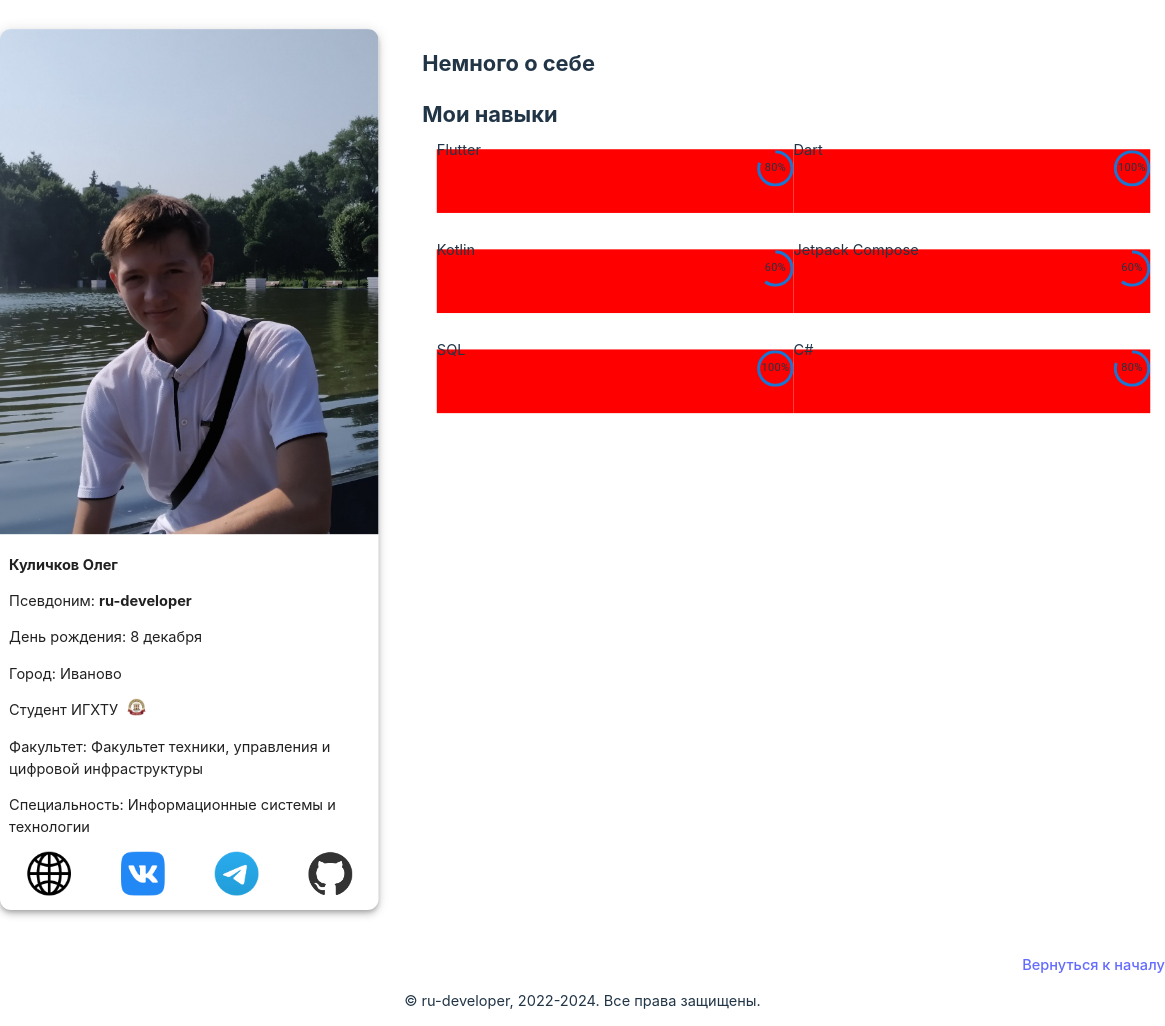
Repository: HubOl01/my_profile
Page: /
An editor plug-in stored every save of this project. The page is shown before and after the next save, followed by the edit.
The browser window is 1280 px wide. The pictures show the whole page, at 91% of full size.
The project was rebuilt for these pictures with package versions that can differ from the ones it lists, and the page was loaded fresh each time. Also part of the build but not shown: vite.config.ts, src/components/header/Header.module.scss, src/data/websites.ts.

Above is the page before, as saved 2024-03-09 11:01:19.

### src/App.tsx
import { Grid } from '@mui/material'
import './App.css'
import Common from './components/center/Common'
import Footer from './components/footer/Footer'
import Header from './components/header/Header'
import LeftBar from './components/left/LeftBar'
import style from './App.module.scss'

function App() {

  return (
    <>
      <Header />
      <Grid container spacing={2}>
        <Grid className={style.profile} item xs={4}>
          <LeftBar />
        </Grid>
        <Grid item xs>
          <Common />
        </Grid>
      </Grid>
      <Footer />
    </>
  )
}

export default App

### src/App.css
#root {
  max-width: 1280px;
  margin: 0 auto;
  /* padding: 2rem; */
  /* text-align: center; */
}
.logo:hover {
  filter: drop-shadow(0 0 2em #646cffaa);
}
.logo.react:hover {
  filter: drop-shadow(0 0 2em #61dafbaa);
}

@keyframes logo-spin {
  from {
    transform: rotate(0deg);
  }
  to {
    transform: rotate(360deg);
  }
}

@media (prefers-reduced-motion: no-preference) {
  a:nth-of-type(2) .logo {
    animation: logo-spin infinite 20s linear;
  }
}

/* .card {
  padding: 2em;
} */

.read-the-docs {
  color: #888;
}


/* .profile{
  min-width: 100%;
} */

### src/components/center/Common.tsx
import React from 'react'
import styles from './styles.module.scss'
import { Box, Grid } from '@mui/material'
import { CircularProgressWithLabel } from '../atoms/circularProgressWithLabel'
import { my_skills } from '../../data/my_skills'

export default function Common() {
  return (
    <div className={styles.center_common}>
      <h2>Немного о себе</h2>
      <p>

      </p>
      <h2>
        Мои навыки
      </h2>
      <Grid container margin={2} rowGap={5}>
        {
          my_skills.map((skill) =>
            <Grid xs={6}>
              <Box sx={{
                // width: "100%",
                "textAlign": "right",
                background: "red",
              }}
              ><div style={{
                // display: "inline-block",
                whiteSpace: "nowrap",
                "textAlign": "left",
                transform: "translateY(-50%)",
              }}>
                  {skill.name}

                </div>
                <div style={{
                  whiteSpace: "nowrap",
                  // display: "inline-block",
                  "textAlign": "right",
                  transform: "translateY(-50%)",
                }}>
                  <CircularProgressWithLabel value={skill.progress * 100} />

                </div>


              </Box>
            </Grid>
          )
        }
        {/*
        <Grid xs={6} ><CircularProgressWithLabel value={my_skills[0].progress}/></Grid> */}
        {/* <Grid xs={6} ><CircularProgressWithLabel value={}/><</Grid>
        <Grid xs={6} ><CircularProgressWithLabel value={}/><</Grid>
        <Grid xs={6} ><CircularProgressWithLabel value={}/><</Grid>
        <Grid xs={6} ><CircularProgressWithLabel value={}/><</Grid>
        <Grid xs={6} ><CircularProgressWithLabel value={}/><</Grid> */}
      </Grid>
      {/* <h2>Хобби</h2>
      <p>
        Я люблю изучать что-то новое. Я программирую на языке программирования
        C# и продолжаю осваивать язык в некоторых направлениях. (Например:
        создание мобильных приложений Xamarin и создание игр Unity)
      </p>
      <h2>Спорт</h2>
      <p>
        Я более 10 лет занимаюсь конькобежным спортом. В 16 лет выполнил
        спортивный разряд кандидат в мастера спорта. Кроме этого, с начала 1
        курса я начал заниматься легкой атлетикой. Принимаю участие в
        соревнованиях в составе сборной ИГХТУ.
      </p> */}
    </div>
  )
}

### src/components/footer/Footer.tsx
import React from 'react'

export default function Footer() {
  return (
    // <footer className="text-muted" style={{
    //   "width":"100%"
    // }}>
      <div className="container">
        <p className="float-right" style={{
      "textAlign": "right"
    }}>
          <a href="#">Вернуться к началу</a>
        </p>
        <p className="footer-text"
        style={{
          "textAlign": "center"
        }}
        >© ru-developer, 2022-{(new Date()).getFullYear()}. Все права защищены.</p>
      </div>
    // </footer>
  )
}

### src/components/header/Header.tsx
import './Header.module.scss'

export default function Header() {
  return (
      <div>
        {/* <h1>About myself</h1> */}
      </div>
  )
}

### src/components/left/LeftBar.tsx
import { Card, Grid } from '@mui/material';
import about from '../../assets/images/About.jpg';
import isuct from '../../assets/images/isuct.png';
import { websites } from '../../data/websites';
import { nickname } from '../../data/my_projects';
import style from './style.module.scss';

const list_web = websites.map((web) =>
  <Grid item xs>
    <div className="web">
      <a
        href={web.href}
        title={web.title}
      >
        <img
          className={style.img_icon}
          alt={web.alt}
          src={web.src}
          width={40}
        />
      </a>
    </div>
  </Grid>
)


const LeftBar = () => {
  return (
    <>
      <Card elevation={5}
      className={style.leftCard}
        sx={{
          borderRadius: 3,
        }} >
        <a title="Куличков Олег" href="https://vk.com/oleg01f">
          <img
            alt="about"
            src={about}
            style={{
              // borderRadius: '15px',
              display: 'flex',
              width: "100%",
            }}
            data-holder-rendered="true"
          />
        </a>
        <div style={{ padding: "5px 10px 10px 10px" }}> {/* top, right, bottom, left */}
          <div>
            <p>
              <b>Куличков Олег</b>
            </p>
            <p>
              Псевдоним: <b>{nickname}</b>
            </p>
            <p>
              <span >День рождения:</span> 8 декабря
            </p>
            <p>
              <span className="text-format">Город:</span> Иваново
            </p>
            <p>
              Студент ИГХТУ
              <img
                className="isuct"
                alt="ISUCT"
                src={isuct}
                width={20}
                style={{ "marginLeft": "10px" }}
              // data-holder-rendered="true"
              />
            </p>
            <p>
              <span className="text-format">Факультет:</span> Факультет техники,
              управления и цифровой инфраструктуры
            </p>
            <p>
              <span className="text-format">Специальность:</span> Информационные
              системы и технологии
            </p>
            {/* <p style={{
              "textAlign": "center",
              "justifyContent": "center",
              display: 'flex',
              width: "100%",

          }}>
            <span className="text-format">Социальные сети</span>
          </p> */}

            <Grid container spacing={2}

              sx={{
                'textAlign': "center",
                // display: 'flex',
                // width: "100%",
              }
              }>
              {list_web}
            </Grid>

          </div>
        </div>


      </Card>
    </>
  )
}

export default LeftBar

### src/App.module.scss
@media (max-width: 425px) {
    .profile{
      min-width: 100%;
    }
  }
  @media screen and (min-width: 426px) {
    .profile{
      min-width: 300px;
    }
  }

### src/components/center/styles.module.scss
.center_common{
    padding: 2rem;
}

### src/components/atoms/circularProgressWithLabel.tsx
import * as React from 'react';
import CircularProgress, {
  CircularProgressProps,
} from '@mui/material/CircularProgress';
import Typography from '@mui/material/Typography';
import Box from '@mui/material/Box';

export function CircularProgressWithLabel(
  props: CircularProgressProps & { value: number },
) {
  return (
    <Box sx={{ position: 'relative', display: 'inline-flex' }}>
      <CircularProgress variant="determinate" {...props} />
      <Box
        sx={{
          top: 0,
          left: 0,
          bottom: 0,
          right: 0,
          position: 'absolute',
          display: 'flex',
          alignItems: 'center',
          justifyContent: 'center',
        }}
      >
        <Typography
          variant="caption"
          component="div"
          // color="text.secondary"
        >{`${Math.round(props.value)}%`}</Typography>
      </Box>
    </Box>
  );
}

// export default function CircularWithValueLabel() {
//   const [progress, setProgress] = React.useState(10);

//   React.useEffect(() => {
//     const timer = setInterval(() => {
//       setProgress((prevProgress) => (prevProgress >= 100 ? 0 : prevProgress + 10));
//     }, 800);
//     return () => {
//       clearInterval(timer);
//     };
//   }, []);

//   return <CircularProgressWithLabel value={progress} />;
// }

### src/data/my_skills.ts
import { FullStack } from "./my_projects";

interface ISkill{
    name: string;
    progress: number;
}

export const my_skills: ISkill[] = [
    {
        name: FullStack.Flutter,
        progress: .80
    },
    {
        name: FullStack.Dart,
        progress: 1
    },
    {
        name: FullStack.Kotlin,
        progress: .6
    },
    {
        name: FullStack.Jetpack_Compose,
        progress: .6
    },
    {
        name: FullStack.SQL,
        progress: 1
    },
    {
        name: FullStack.C_sharp,
        progress: .8
    }
]

### src/data/my_projects.ts
export interface IProjects {
  title: string;
  description: string[];
  url_icon: string;
  url_images: string[];
  url_stores: string[];
  url_sources: string[];
  creator: string;
  fullStack: string[];
  platforms: string[];
  color: string;
}
export const nickname = "ru-developer";
export enum Platforms {
  Android = "Android",
  IOS = "IOS",
  Windows = "Windows",
  Linux = "Linux",
  Web = "Web",
}
// enum Colors {
//   Red = "",
//   White = "",
//   Black = "",
//   Green = "",
// }
export enum FullStack {
  Flutter = "Flutter",
  Dart = "Dart",
  Kotlin = "Kotlin",
  Jetpack_Compose = "Jetpack Compose",
  Winforms = "Winforms",
  C_sharp = "C#",
  React = "React",
  Typescript = "Typescript",
  Retrofit = "Retrofit",
  PHP = "PHP",
  SQLite = "SQLite",
  SQL = "SQL",
  MySQL = "MySQL",
  PostgreSQL = "PostgreSQL",
  Git = "Git",
  HTML = "HTML",
  CSS = "CSS",
  SCSS = "SCSS",
  Vite = "Vite",
}

export const projects: IProjects[] = [
  {
    title: "My Songbook",
    description: [
      "My Songbook – это творческая мастерская в вашем кармане. Независимо от того, являетесь ли вы гитаристом, певцом, композитором или просто энтузиастом музыки, это приложение поможет вам воплотить ваши музыкальные идеи в жизнь.",
      "\n",
      "Основные возможности:",
      "\n",
      "- Записывайте и редактируйте песни: Создавайте музыку в любое время, в любом месте. Записывайте мелодии, добавляйте тексты и настраивайте аранжировки – все это в вашем распоряжении.",
      "- Справочник аккордов для гитары: Независимо от вашего уровня мастерства, наше приложение предлагает обширный справочник аккордов для гитары. Найдите нужный аккорд и создайте свой собственный уникальный звук.",
      "- Автоскролл и легкая навигация: Никогда больше не теряйтесь в тексте. Функция автоскролла позволяет вам сконцентрироваться на музыке, а не на прокрутке текста.",
      "- Делитесь своей музыкой: Поделитесь своими произведениями с миром через социальные сети непосредственно из приложения. Позвольте всем услышать вашу творческую энергию.",
      "- Аудиофайлы с песнями: Сохраняйте свои композиции в виде аудиофайлов. Прослушивайте их в любое время или отправляйте друзьям и коллегам.",
      "\n",
      "Почему выбрать My Songbook?",
      "\n",
      "- Простота и удобство: Даже если вы начинающий музыкант, вы сможете создавать профессиональные композиции с легкостью.",
      "- Безопасное хранение ваших произведений: Ваши записи остаются конфиденциальными. Спокойно работайте над своими идеями, зная, что они в безопасности.",
      "\n",
      "Неважно, вы начинающий музыкант или профессионал, My Songbook поможет вам создать и поделиться музыкой, которая касается сердец. Начните свое музыкальное путешествие сегодня!",
    ],
    url_icon: "",
    url_images: [],
    url_stores: [
      "https://apps.rustore.ru/app/ru.ru_developer.my_songbook",
      "https://appgallery.huawei.com/app/C109087129",
      "https://global.app.mi.com/details?lo=RU&la=en_US&id=ru.ru_developer.my_songbook.mi",
    ],
    url_sources: ["https://github.com/HubOl01/my_songbook"],
    creator: nickname,
    fullStack: [FullStack.Flutter, FullStack.Dart],
    platforms: [Platforms.Android],
    color: "",
  },
  {
    title: "Мой универ - ИГХТУ",
    description: [
      '"Мой универ - ИГХТУ" - это мобильное приложение, специально разработанное для студентов Ивановского государственного химико-технологического университета. Вы теперь сможете посмотреть расписание пар даже без интернета! Также можно получать уведомления об информации пар каждый день. В приложении также доступны заметки и вы можете записывать лекции, делать пометки, прикреплять ссылки и также делиться ими.',
      "\n",
      "Основные функции приложения:",
      "\n",
      "- Календарь с расписанием пар на текущий день",
      "- Расписание лекций, практик и семинаров",
      "- Новости ВУЗа",
      "- Вход в moodle ИГХТУ",
      "- Расписание преподавателей, сессий",
      "- Поисковик",
      "- Заметки, конспекты",
      "- Уведомления об информации пар на каждый день",
      "\n",
      "Также приложение адаптировано под планшеты      ",
    ],
    url_icon: "",
    url_images: [],
    url_stores: [
      "https://apps.rustore.ru/app/ru.ru_developer.my_university_isuct",
    ],
    url_sources: ["https://github.com/HubOl01/my_university_isuct"],
    creator: nickname,
    fullStack: [FullStack.Flutter, FullStack.Dart, FullStack.PHP],
    platforms: [Platforms.Android],
    color: "",
  },
  {
    title: "MyAppHome",
    description: ["Приложение для многоквартирных домов"],
    url_icon: "",
    url_images: [],
    url_stores: [],
    url_sources: [],
    creator: "Создано вместе с командой OVERLAGO",
    fullStack: [FullStack.Flutter, FullStack.Dart],
    platforms: [Platforms.Android],
    color: "",
  },
  {
    title: "City Adventures",
    description: [],
    url_icon: "",
    url_images: [],
    url_stores: [],
    url_sources: [],
    creator: "Создано с командой на хакатоне",
    fullStack: [FullStack.Flutter, FullStack.Dart],
    platforms: [Platforms.Android],
    color: "",
  },
  {
    title: "Bellisemo",
    description: ["Student project for study architectural technologies"],
    url_icon: "",
    url_images: [],
    url_stores: [],
    url_sources: [],
    creator: "Student project",
    fullStack: [FullStack.React, FullStack.Typescript],
    platforms: [Platforms.Web],
    color: "",
  },
  {
    title: "Weather",
    description: ["Student project for study kotlin jetpack compose"],
    url_icon: "",
    url_images: [],
    url_stores: [],
    url_sources: [],
    creator: nickname,
    fullStack: [
      FullStack.Jetpack_Compose,
      FullStack.Kotlin,
      FullStack.Retrofit,
    ],
    platforms: [Platforms.Android],
    color: "",
  },
  {
    title: "My portfolio",
    description: ["Вебсайт для показа своих проектов, которые мы видим здесь"],
    url_icon: "",
    url_images: [],
    url_stores: [],
    url_sources: [],
    creator: nickname,
    fullStack: [FullStack.React, FullStack.Typescript],
    platforms: [Platforms.Web],
    color: "",
  },
];

### src/components/left/style.module.scss
@media (max-width: 699px) {
    .img_icon {
        width: 2em;
        // height: 50%;
    }
}
@media screen and (min-width: 700px) {
    .img_icon {
        width: 3em;
        // height: 50%;
    }
}
// @media screen and (max-width: 768px) {
//     .img_icon {
//         width: 50px;
//         height: 50px;
//     }
// }
div {
    display: "flex";
}
.leftCard {
    margin: 2em 0;
}
/* // .custom-card{

// } */

Loaded but not shown: index.html (common file); src/main.tsx (common file); src/index.css (common file)

After the next save:
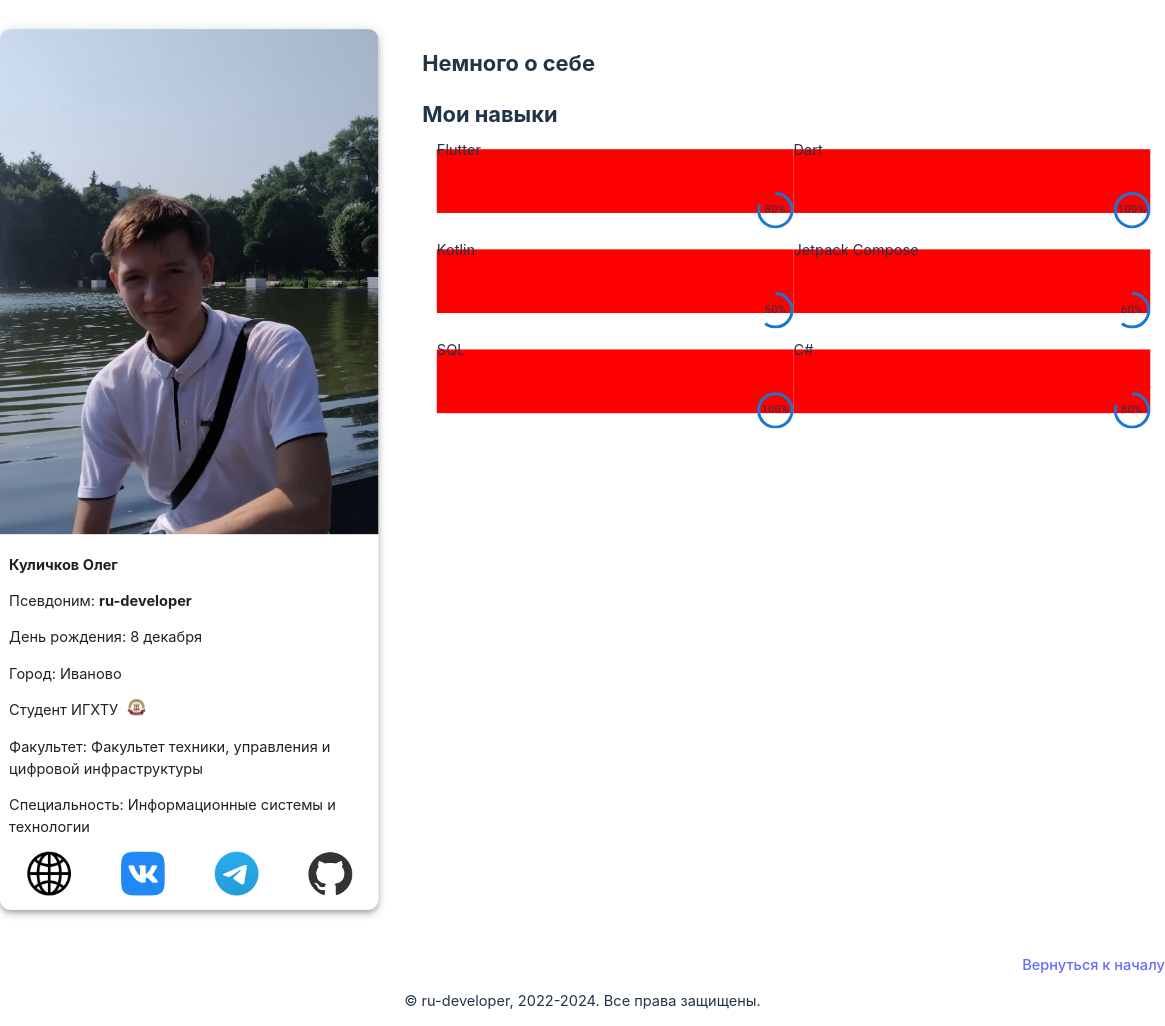
Saved 10 s later.
--- a/src/components/center/Common.tsx
+++ b/src/components/center/Common.tsx
@@ -36,7 +36,7 @@ export default function Common() {
                   whiteSpace: "nowrap",
                   // display: "inline-block",
                   "textAlign": "right",
-                  transform: "translateY(-50%)",
+                  transform: "translateY(50%)",
                 }}>
                   <CircularProgressWithLabel value={skill.progress * 100} />
 
